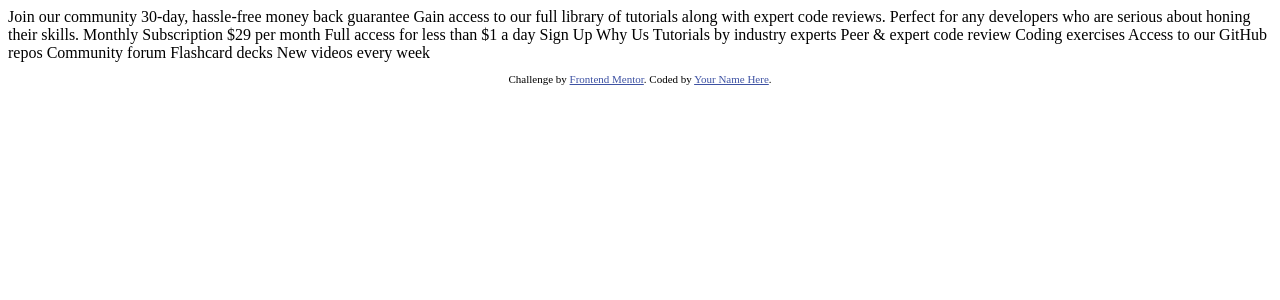
Repository: jminervino/PriceGridComponent
Page: index.html
An editor plug-in stored every save of this project. The page is shown before and after the next save, followed by the edit.
The browser window is 1280 px wide. The pictures show the whole page.

Above is the page before, as saved 2022-02-08 11:20:32.

After the next save:
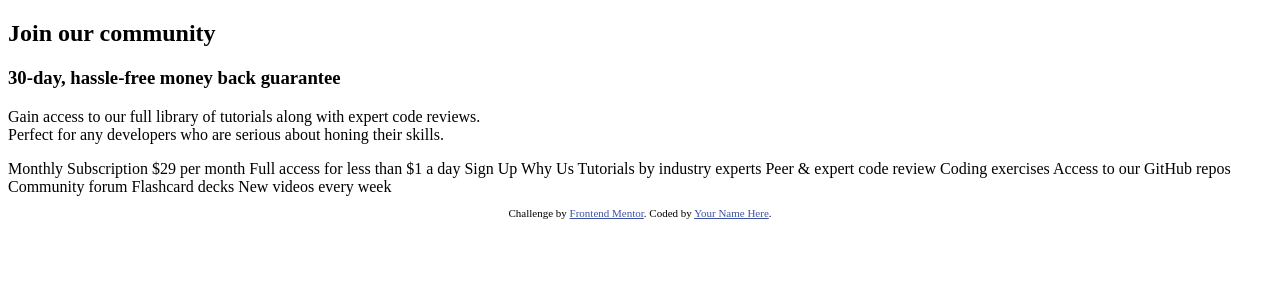
Saved 2 min 2 s later.
--- a/index.html
+++ b/index.html
@@ -17,13 +17,13 @@
 <body>
     <section>
         <div class="container">
-            Join our community
+            <h2>Join our community</h2>
+            <h3>30-day, hassle-free money back guarantee</h3>
 
-            30-day, hassle-free money back guarantee
-
-            Gain access to our full library of tutorials along with expert code reviews.
-            Perfect for any developers who are serious about honing their skills.
-
+            <p>
+               Gain access to our full library of tutorials along with expert code reviews. <br>
+               Perfect for any developers who are serious about honing their skills.
+            </p>
             Monthly Subscription
 
             &dollar;29 per month
